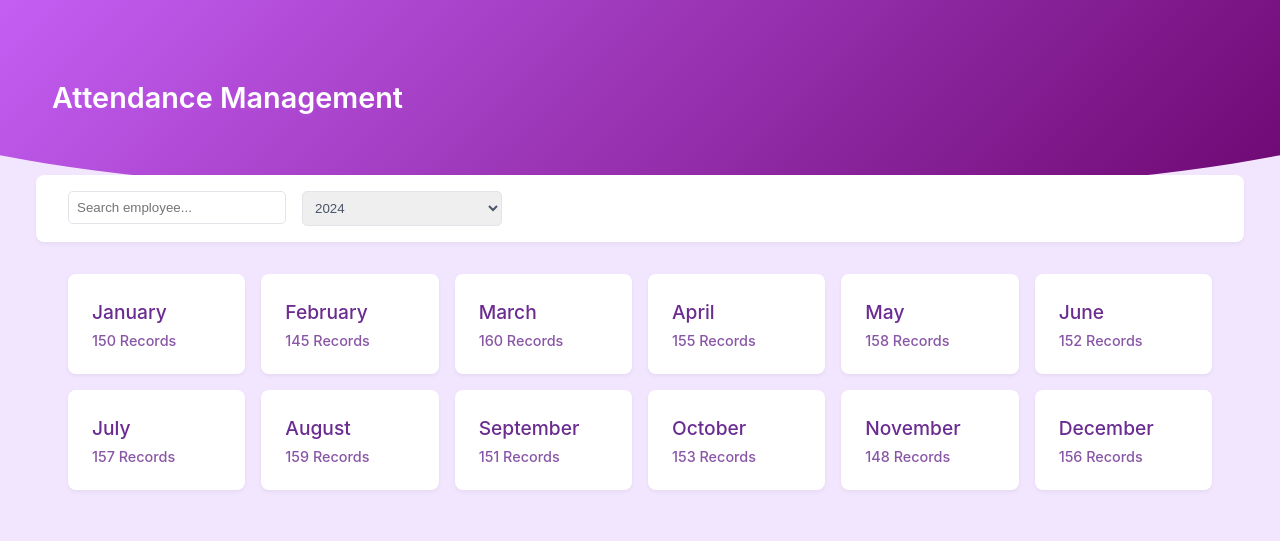
Repository: nino-pixel/payrolllatest
Page: /attendance (app in web_vue/)
An editor plug-in stored every save of this project. The page is shown before and after a run of saves, followed by the edit.
The browser window is 1280 px wide. The pictures show the whole page.
The project was rebuilt for these pictures with package versions that can differ from the ones it lists, and the page was loaded fresh each time. Also part of the build but not shown: web_vue/vite.config.js, web_vue/src/components/login_page.vue, web_vue/src/components/sign_up.vue, web_vue/src/components/dashboard.vue, web_vue/src/components/employee_management.vue, web_vue/src/components/generate_payroll.vue.

Above is the page before, as saved 2024-12-19 02:01:09.

After the next 2 saves:
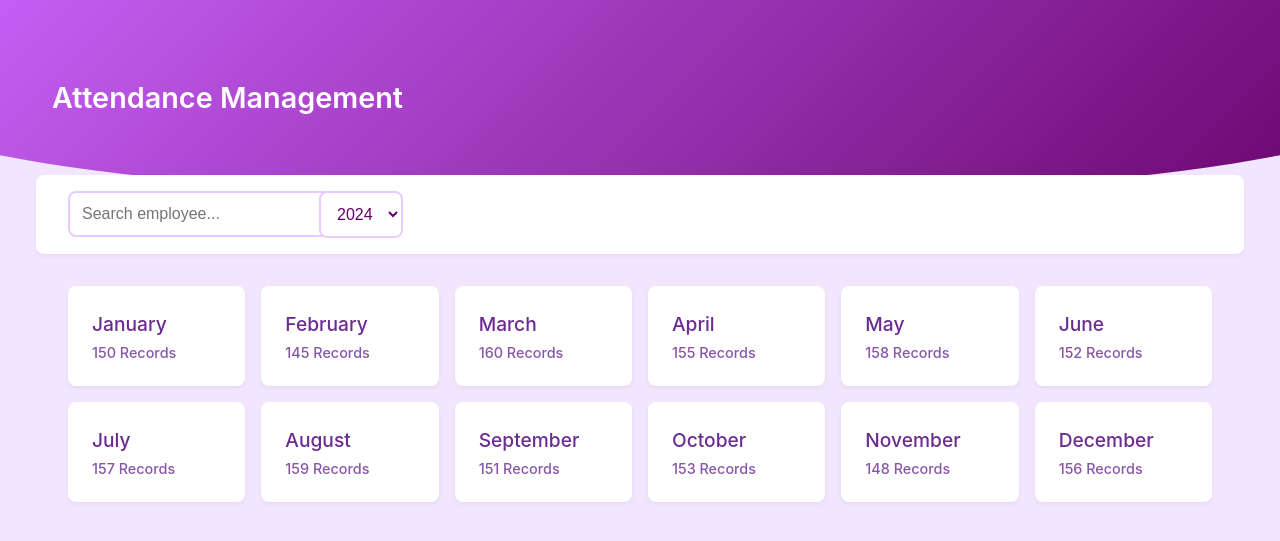
The 2 saves are shown as one change because they came seconds apart.
The last was saved 94 s later.
--- a/web_vue/src/components/attendance_management.vue
+++ b/web_vue/src/components/attendance_management.vue
@@ -375,18 +375,26 @@
 
   .search-box input,
   .filter-box select {
-    padding: 0.5rem;
-    border: 1px solid #e1e4e8;
-    border-radius: 5px;
-    width: 200px;
-    color: #4a5568;
+    width: 100%;
+  padding: 12px;
+  border: 2px solid #e6ccff;
+  border-radius: 8px;
+  font-size: 1em;
+  color: #660066;
+  background-color: white;
+  transition: all 0.3s ease;
   }
 
   .search-box input:focus,
   .filter-box select:focus {
-    outline: none;
-    border-color: #6b2c91;
-    box-shadow: 0 0 0 2px rgba(107, 44, 145, 0.1);
+    width: 100%;
+  padding: 12px;
+  border: 2px solid #e6ccff;
+  border-radius: 8px;
+  font-size: 1em;
+  color: #660066;
+  background-color: white;
+  transition: all 0.3s ease;
   }
 
   .months-grid {
